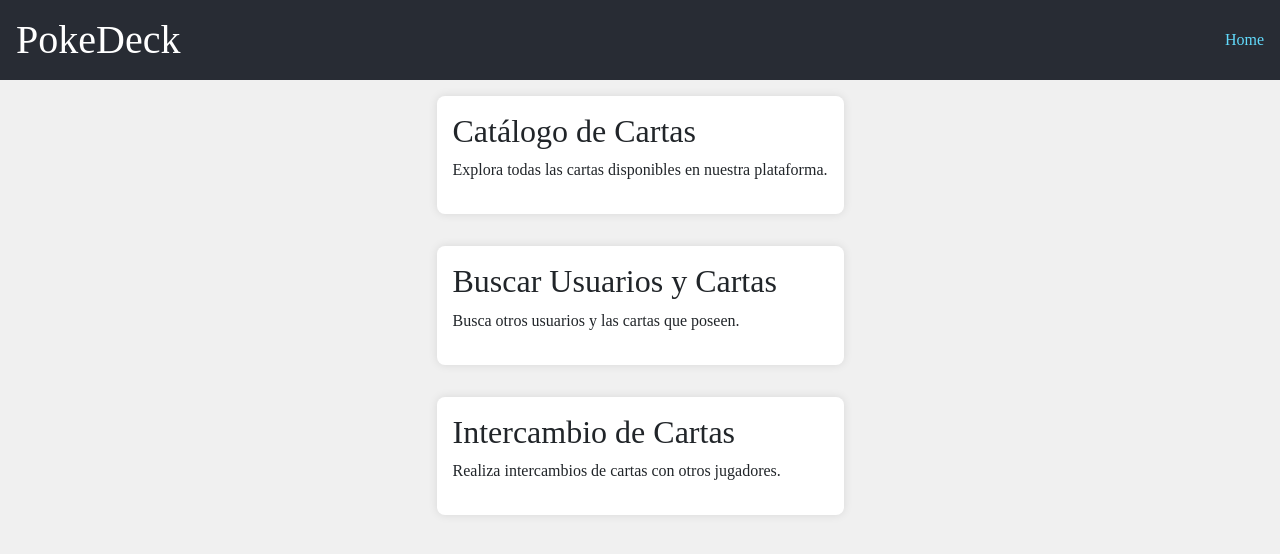
Repository: SyTW2425/Proyecto-E02
Page: /home (app in client/)
An editor plug-in stored every save of this project. The page is shown before and after the next save, followed by the edit.
The browser window is 1280 px wide. The pictures show the whole page.
The project was rebuilt for these pictures with package versions that can differ from the ones it lists, and the page was loaded fresh each time. Also part of the build but not shown: client/src/index.css, client/src/api.ts, client/src/components/Signup.tsx, client/src/components/Signin.tsx, client/src/App.css.

Above is the page before, as saved 2024-11-27 19:10:43.

### client/src/App.tsx
import React from 'react';
import { BrowserRouter as Router, Route, Routes } from 'react-router-dom';
import Home from './components/Home';
import Signup from './components/Signup';
import Signin from './components/Signin';
import './App.css';
import { Link } from 'react-router-dom';
import { createBrowserRouter, RouterProvider } from 'react-router-dom';

const router = createBrowserRouter([
  {
    path: "/",
    element: <Signin />,
  },
  {
    path: "/signup",
    element: <Signup />,
  },
  {
    path: "/home",
    element: <Home />,
  },
]);

function App() {
  return (
    <RouterProvider router={router}>
      <div className="App">
        <Routes>
          <Route path="/" element={<Signin />} />
          <Route path="/signup" element={<Signup />} />
          <Route path="/home" element={<Home />} />
        </Routes>
      </div>
    </RouterProvider>
  );
}

export default App;

### client/src/components/Home.tsx
import React, { useState } from 'react';
import { Link } from 'react-router-dom';
import 'bootstrap/dist/css/bootstrap.min.css';
import './Home.css';
import Signup from './Signup';
import Signin from './Signin';

function NavBar() {
  const [menuOpen, setMenuOpen] = useState(false);

  const toggleMenu = () => {
    setMenuOpen(!menuOpen);
  };

  return (
    <nav className="navbar">
      <h1>PokeDeck</h1>
      <span className="menu-toggle" onClick={toggleMenu}>
        &#9776;
      </span>
      <ul className={menuOpen ? 'active' : ''}>
        <li><Link to="/home">Home</Link></li>
      </ul>
    </nav>
  );
}

const Home = () => {
  return (
    <div className="fullscreen-container">
      <header>
        <NavBar />
      </header>
      <main>
        <section className="section">
          <h2>Catálogo de Cartas</h2>
          <p>Explora todas las cartas disponibles en nuestra plataforma.</p>
          {/* Aquí puedes añadir componentes o enlaces para ver el catálogo de cartas */}
        </section>
        <section className="section">
          <h2>Buscar Usuarios y Cartas</h2>
          <p>Busca otros usuarios y las cartas que poseen.</p>
          {/* Aquí puedes añadir componentes o enlaces para buscar usuarios y sus cartas */}
        </section>
        <section className="section">
          <h2>Intercambio de Cartas</h2>
          <p>Realiza intercambios de cartas con otros jugadores.</p>
          {/* Aquí puedes añadir componentes o enlaces para hacer intercambios de cartas */}
        </section>
      </main>
    </div>
  );
};

export default Home;

### client/src/components/Home.css
body, html {
    margin: 0;
    padding: 0;
    width: 100%;
    height: 100%;
}

.navbar {
    background-color: #282c34;
    padding: 1rem;
    display: flex;
    justify-content: space-between;
    align-items: center;
    color: white;
    width: 100%;
    position: fixed;
    top: 0;
    left: 0;
    z-index: 1000;
}

.navbar h1 {
    margin: 0;
}

.navbar ul {
    list-style: none;
    display: flex;
    gap: 1rem;
    margin: 0;
    padding: 0;
}

.navbar ul li {
    display: inline;
}

.navbar ul li a {
    color: #61dafb;
    text-decoration: none;
}

.navbar ul li a:hover {
    text-decoration: underline;
}

/* Responsive Design */
@media (max-width: 768px) {
    .navbar ul {
        flex-direction: column;
        display: none;
    }

    .navbar ul.active {
        display: flex;
    }

    .navbar .menu-toggle {
        display: block;
        cursor: pointer;
    }
}

.menu-toggle {
    display: none;
    font-size: 1.5rem;
    color: #61dafb;
}

.fullscreen-container {
    width: 100vw;
    height: 100vh;
    display: flex;
    flex-direction: column;
    justify-content: flex-start;
    align-items: center;
    background-color: #f0f0f0;
    padding-top: 4rem; /* Adjust for navbar height */
    box-sizing: border-box;
}

.section {
    width: 100%;
    margin: 2rem 0;
    padding: 1rem;
    background-color: white;
    box-shadow: 0 0 10px rgba(0, 0, 0, 0.1);
    border-radius: 8px;
}

.section h2 {
    margin-top: 0;
}

### client/src/components/SignupSignin.css
*{
  margin: 0;
  padding: 0;
  box-sizing: border-box;
  font-family: "Poppins", serif;
}

.box {
  width: 100%;
  max-width: 400px;
  margin: 0 auto;
  padding: 40px;
  background: #1c1c1c;
  border-radius: 5%;
  box-shadow: 0 0 10px rgba(0, 0, 0, 0.1);
  overflow: hidden;
}

.box h2 {
  color: #fff;
  text-align: center;
  margin-bottom: 20px;
}

.box form {
  display: flex;
  flex-direction: column;
  align-items: center;
  border-radius: 10%;
}

.box form input {
  width: 80%;
  padding: 10px;
  margin: 10px 0;
  border: none;
  border-radius: 5px;
  background: #333;
  color: #fff;
}

.box form button {
  width: 80%;
  padding: 10px;
  margin-top: 20px;
  border: none;
  border-radius: 5px;
  background: #00eeff;
  color: #1c1c1c;
  cursor: pointer;
  transition: background 0.3s ease;
}

.box form button:hover {
  background: #067685;
}

.error {
  color: red;
  font-size: 0.8rem;
  margin-top: 5px;
}

.box p {
  color: #fff;
  text-align: center;
  margin-top: 20px;
}

.box p a {
  color: #00eeff;
  text-decoration: none;
  transition: color 0.3s ease;
}

.box p a:hover {
  color: #067685;
}

Loaded but not shown: client/public/index.html (common file); client/src/index.tsx (common file); client/src/reportWebVitals.ts (common file); client/src/index.css (no copy from this time; the picture is the same without it)

After the next save:
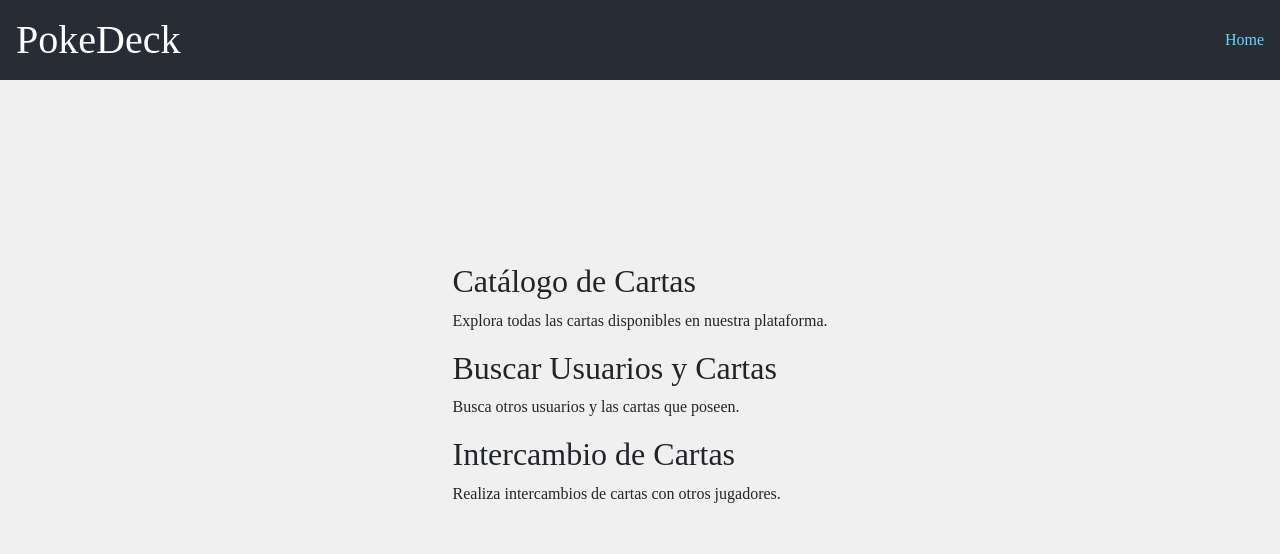
Saved 31 s later.
--- a/client/src/components/Home.css
+++ b/client/src/components/Home.css
@@ -44,6 +44,26 @@
     text-decoration: underline;
 }
 
+.header {
+    grid-area: header;
+    background-color: #282c34;
+    color: white;
+    display: flex;
+    justify-content: center;
+    align-items: center;
+}
+
+.fullscreen-container {
+    width: 100vw;
+    height: 100vh;
+    display: flex;
+    justify-content: center;
+    align-items: center;
+    background-color: #f0f0f0;
+    padding-top: 4rem; /* Adjust for navbar height */
+    box-sizing: border-box;
+}
+
 /* Responsive Design */
 @media (max-width: 768px) {
     .navbar ul {
@@ -66,28 +86,3 @@
     font-size: 1.5rem;
     color: #61dafb;
 }
-
-.fullscreen-container {
-    width: 100vw;
-    height: 100vh;
-    display: flex;
-    flex-direction: column;
-    justify-content: flex-start;
-    align-items: center;
-    background-color: #f0f0f0;
-    padding-top: 4rem; /* Adjust for navbar height */
-    box-sizing: border-box;
-}
-
-.section {
-    width: 100%;
-    margin: 2rem 0;
-    padding: 1rem;
-    background-color: white;
-    box-shadow: 0 0 10px rgba(0, 0, 0, 0.1);
-    border-radius: 8px;
-}
-
-.section h2 {
-    margin-top: 0;
-}

After the save that followed:
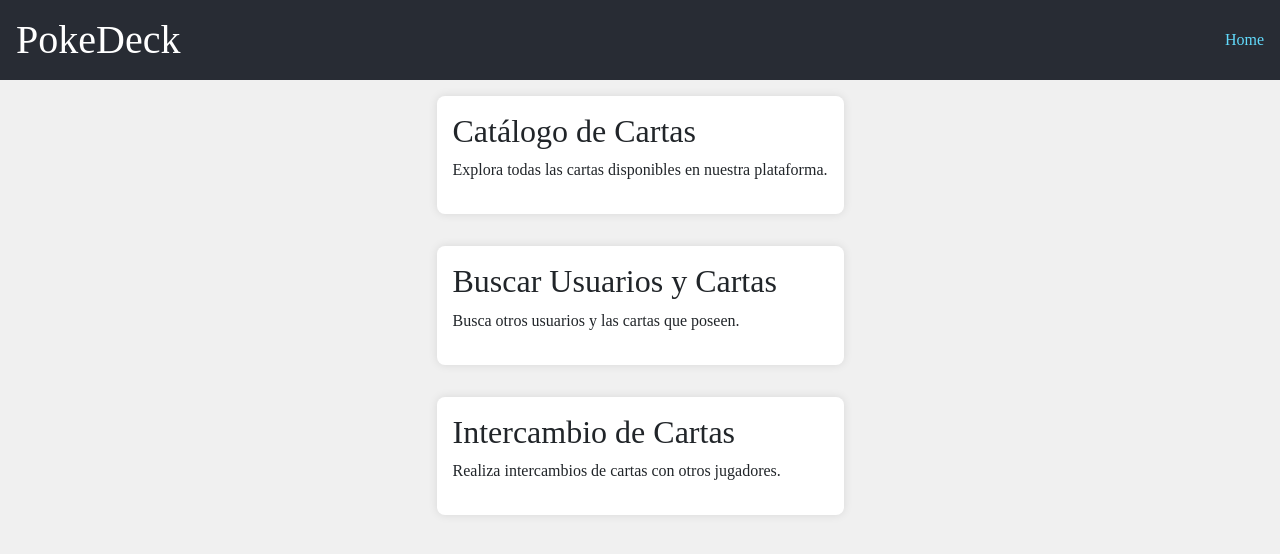
Saved 6 s later.
--- a/client/src/components/Home.css
+++ b/client/src/components/Home.css
@@ -44,26 +44,6 @@
     text-decoration: underline;
 }
 
-.header {
-    grid-area: header;
-    background-color: #282c34;
-    color: white;
-    display: flex;
-    justify-content: center;
-    align-items: center;
-}
-
-.fullscreen-container {
-    width: 100vw;
-    height: 100vh;
-    display: flex;
-    justify-content: center;
-    align-items: center;
-    background-color: #f0f0f0;
-    padding-top: 4rem; /* Adjust for navbar height */
-    box-sizing: border-box;
-}
-
 /* Responsive Design */
 @media (max-width: 768px) {
     .navbar ul {
@@ -86,3 +66,28 @@
     font-size: 1.5rem;
     color: #61dafb;
 }
+
+.fullscreen-container {
+    width: 100vw;
+    height: 100vh;
+    display: flex;
+    flex-direction: column;
+    justify-content: flex-start;
+    align-items: center;
+    background-color: #f0f0f0;
+    padding-top: 4rem; /* Adjust for navbar height */
+    box-sizing: border-box;
+}
+
+.section {
+    width: 100%;
+    margin: 2rem 0;
+    padding: 1rem;
+    background-color: white;
+    box-shadow: 0 0 10px rgba(0, 0, 0, 0.1);
+    border-radius: 8px;
+}
+
+.section h2 {
+    margin-top: 0;
+}
